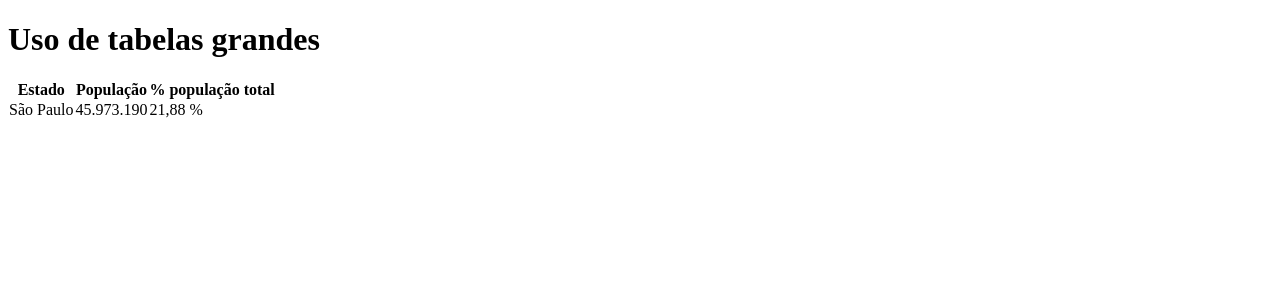
Repository: railsondev/html-css
Page: Módulo3/Exercicios/Ex02 - Tabelas/tabela002.html
An editor plug-in stored every save of this project. The page is shown before and after the next save, followed by the edit.
The browser window is 1280 px wide. The pictures show the whole page.

Above is the page before, as saved 2024-10-18 18:01:31.

### Módulo3/Exercicios/Ex02 - Tabelas/tabela002.html
<!DOCTYPE html>
<html lang="pt-br">
<head>
  <meta charset="UTF-8">
  <meta name="viewport" content="width=device-width, initial-scale=1.0">
  <title>Tabelas grandes</title>
  <link rel="stylesheet" href="src/css/estilo01.css">
</head>
<body>
  <h1>Uso de tabelas grandes</h1>
  <table>
    <thead>
      <tr>
        <th>Estado</th>
        <th>População</th>
        <th>% população total</th>
      </tr>
    </thead>
    <tbody>
      <td>São Paulo</td>
      <td>45.973.190</td>
      <td class="porc">21,88</td>
    </tbody>
    <tfoot>

    </tfoot>
  </table>
</body>
</html>

### Módulo3/Exercicios/Ex02 - Tabelas/src/css/estilo01.css
@charset 'UTF-8';

.porc::after {
  content: ' %';
}

table {
  border-collapse: collapse;
}
td {
  border: ;
}

After the next save:
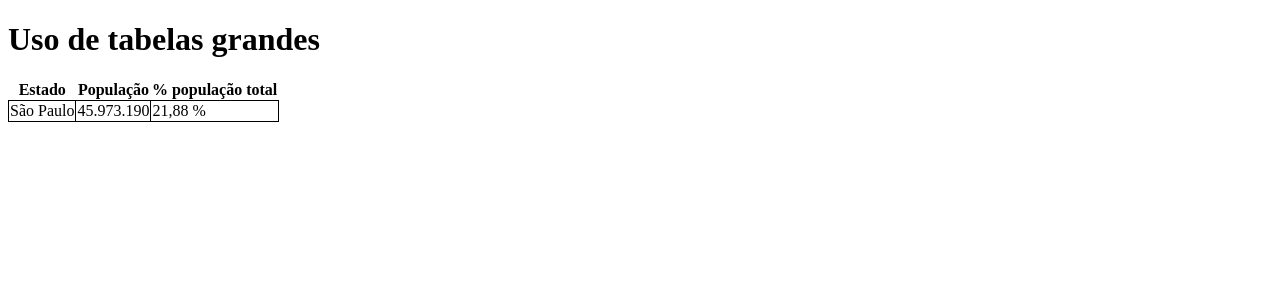
Saved 7 s later.
--- a/Módulo3/Exercicios/Ex02 - Tabelas/src/css/estilo01.css
+++ b/Módulo3/Exercicios/Ex02 - Tabelas/src/css/estilo01.css
@@ -8,5 +8,6 @@ table {
   border-collapse: collapse;
 }
 td {
-  border: ;
+  border: 1px solid black;
+
 }
